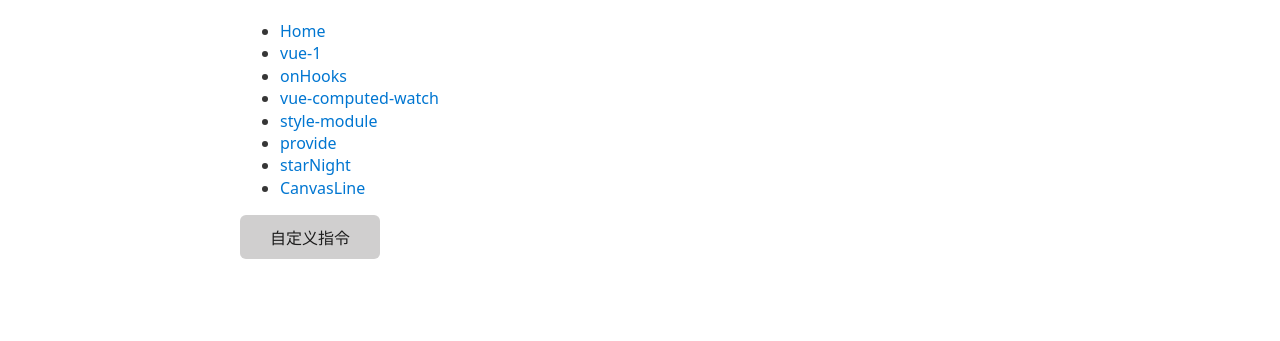
Repository: 596178924/vue3-ts-html
Page: /
The author's editor kept a copy of each file at every save. The page is drawn from the files as they stood at one save, then again after the next save.
The browser window is 1280 px wide. The pictures show the whole page.
The project was rebuilt for these pictures with package versions that can differ from the ones it lists, and the page was loaded fresh each time. Also part of the build but not shown: vue.config.js.

Above is the page before, as saved 2022-02-16 17:27:37.

### public/index.html
<!DOCTYPE html>
<html lang="">
  <head>
    <meta charset="utf-8">
    <meta http-equiv="X-UA-Compatible" content="IE=edge">
    <meta name="viewport" content="width=device-width,initial-scale=1.0">
	<link rel="stylesheet" href="https://cdn.jsdelivr.net/npm/water.css@2/out/water.css">
    <link rel="icon" href="<%= BASE_URL %>favicon.ico">
    <title><%= htmlWebpackPlugin.options.title %></title>
  </head>
  <body>
    <noscript>
      <strong>We're sorry but <%= htmlWebpackPlugin.options.title %> doesn't work properly without JavaScript enabled. Please enable it to continue.</strong>
    </noscript>
    <div id="app"></div>
    <!-- built files will be auto injected -->
  </body>
</html>

### src/main.ts
import { createApp } from 'vue';
import App from './App.vue';
import router from './router';
import { createPinia } from 'pinia';
import directive from "./utils/directives";
const app = createApp(App);
app.use(createPinia());
app.use(router);
app.use(directive);
app.mount('#app');

### src/App.vue
<template>
  <Nav></Nav>
  <router-view/>
</template>

<script setup lang="ts">
import Nav from "@/components/nav.vue";
</script>
<style lang="scss">

</style>

### src/router/index.ts
import { createRouter, createWebHashHistory, RouteRecordRaw } from 'vue-router';

export const routes: Array<RouteRecordRaw> = [
	{
		path: '/',
		name: 'Home',
		component: () => import('@/views/Home.vue')
	},
	{
		path: '/vue-1',
		name: 'vue-1',
		component: () => import('@/views/vue-1.vue')
	},
	{
		path: '/onHooks',
		name: 'onHooks',
		component: () => import('@/views/onHooks.vue')
	},
	{
		path: '/vue-computed-watch',
		name: 'vue-computed-watch',
		component: () => import('@/views/vue-computed-watch.vue')
	},
	{
		path: '/style-module',
		name: 'style-module',
		component: () => import('@/views/style-module.vue')
	},
	{
		path: '/provide',
		name: 'provide',
		component: () => import('@/views/provide.vue')
	},
	{
		path: '/starNight',
		name: 'starNight',
		component: () => import('@/views/starNight.vue')
	},
	{
		path: '/CanvasLine',
		name: 'CanvasLine',
		component: () => import('@/views/CanvasLine.vue')
	},

];

const router = createRouter({
	history: createWebHashHistory(),
	routes
});

export default router;

### src/utils/directives/index.ts
import { App } from "vue";
import VCopy from "./v-copy";
import VFocus from "./v-focus"
export default (app: App<Element>) => {
    app.directive('copy', VCopy);
    app.directive('focus', VFocus);
}

### src/components/nav.vue
<template>
    <ul>
        <li v-for="(item, index) in navList" :key="index">
            <router-link :to="item.path">{{ item.name }}</router-link>
        </li>
    </ul>
</template>
<script setup lang="ts">
import { routes } from "@/router/index";
const navList = routes.map((item) => ({
    path: item.path,
    name: item.name
}))
</script>

### src/views/Home.vue
<template>
    <div class="">
        <!-- <button v-copy="'自定义指令 copy text'" @click="say">自定义指令</button> -->
        <button v-copy="{text:'自定义指令 copy text',response:say}" @click="say()">自定义指令</button>
        <!-- <button  v-copy @click="say">自定义指令</button> -->
        <!-- <input v-focus type="text" placeholder="自动获取焦点"> -->
    </div>
</template>

<script setup lang="ts" >

function say(res ?: boolean) {
    console.log('组件内的点击事件',res);
}
</script>
<style lang="scss" scoped>
.p {
    cursor: pointer;
}
</style>

### src/utils/directives/v-copy.ts
export const copyText = function (text: string) {
    // console.log(text)
    let textareaEl = document.createElement('textarea');
    textareaEl.setAttribute('readonly', 'readonly'); // 防止手机上弹出软键盘
    textareaEl.value = text;
    document.body.appendChild(textareaEl);
    textareaEl.select();
    let success = document.execCommand('copy');
    document.body.removeChild(textareaEl);
    return success;
}

export default (el: HTMLElement, binding: any) => {
    console.log('copy', el, binding)
    console.log('copy', binding.value)
    el.style.cursor = 'pointer'
    const value = binding.value || el.innerText || '';
    // const elText:string = binding.value[text];
    let text: string = value.text || value;
    el.onclick = function () {
        let copyResponse = copyText(text);
        if(value.response) {
            value.response(copyResponse)
        }
    }
    // el.addEventListener('click', copyText(binding.value))
}

### src/utils/directives/v-focus.ts
export default (el:HTMLElement,binding: any) =>{
    console.log('focus',el,binding)
    console.dir('focus',binding)
    el.focus()
}

After the next save:
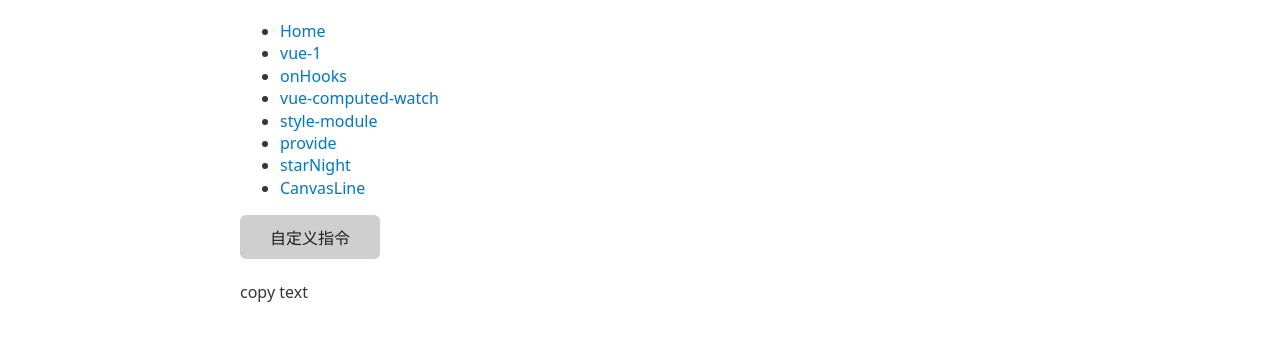
Saved 15 s later.
--- a/src/views/Home.vue
+++ b/src/views/Home.vue
@@ -4,6 +4,7 @@
         <button v-copy="{text:'自定义指令 copy text',response:say}" @click="say()">自定义指令</button>
         <!-- <button  v-copy @click="say">自定义指令</button> -->
         <!-- <input v-focus type="text" placeholder="自动获取焦点"> -->
+        <p v-copy>copy text</p>
     </div>
 </template>
 
